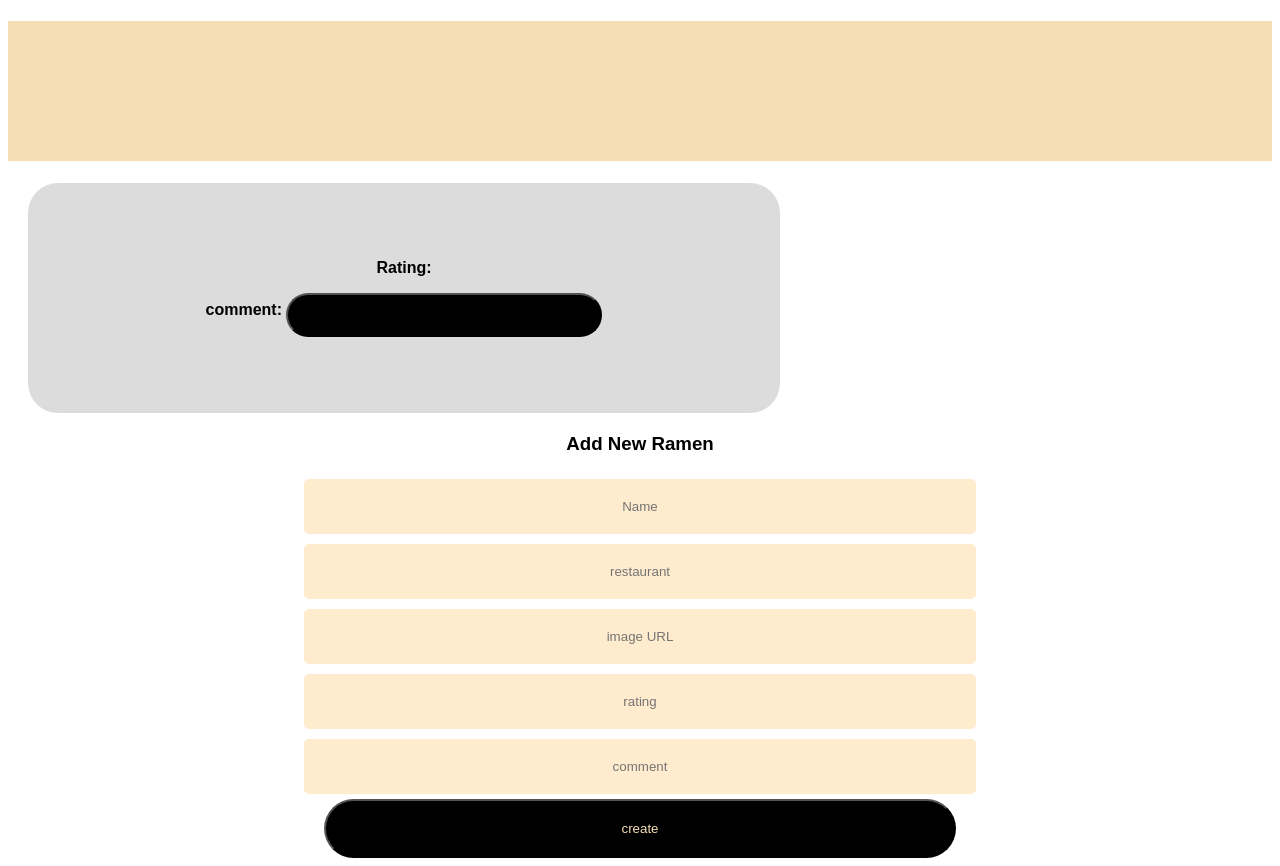
Repository: travinne/travthegr88
Page: code/ramen-rating-app/index.html
An editor plug-in stored every save of this project. The page is shown before and after the next save, followed by the edit.
The browser window is 1280 px wide. The pictures show the whole page.

Above is the page before, as saved 2025-03-18 13:20:37.

After the next save:
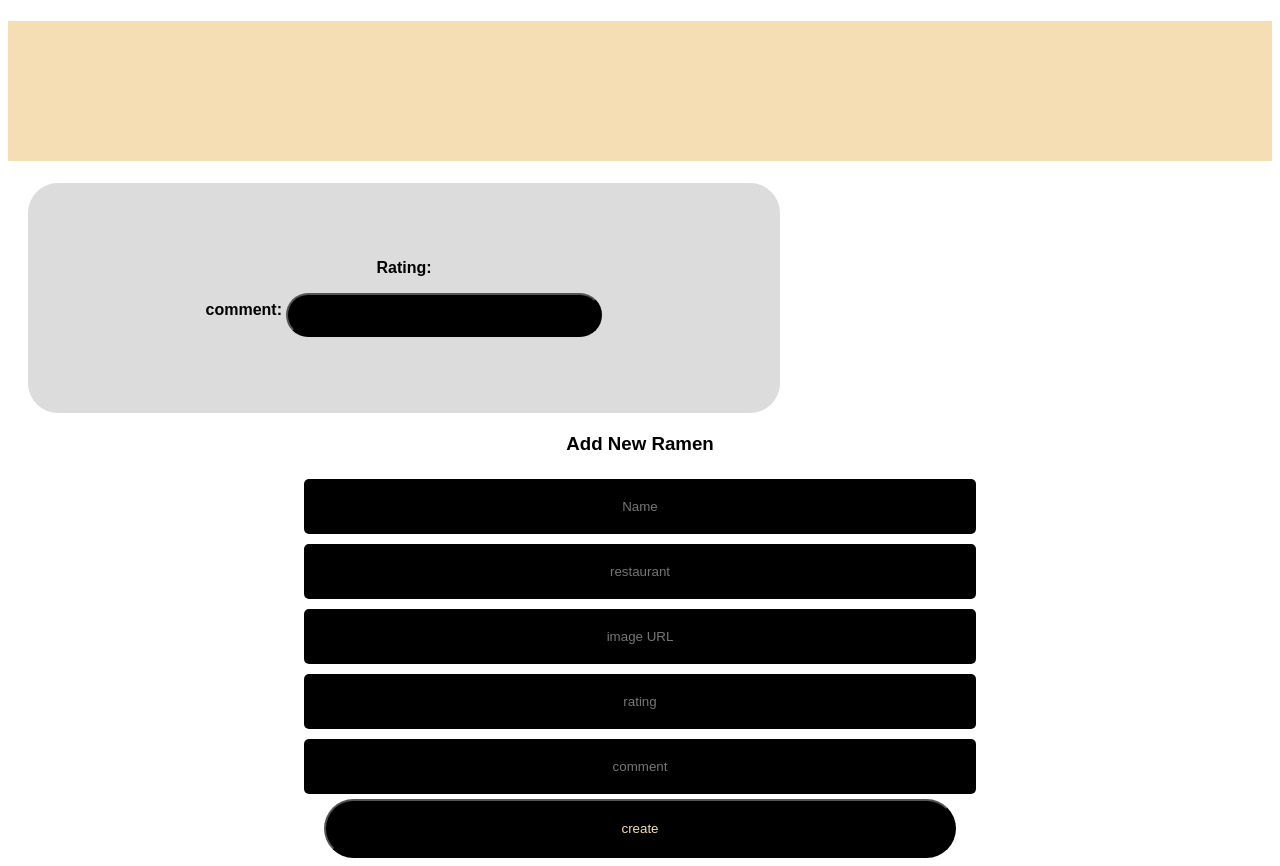
Saved 41 s later.
--- a/code/ramen-rating-app/style.css
+++ b/code/ramen-rating-app/style.css
@@ -40,7 +40,8 @@ input {
        margin: 5px;
        border: 5px; ;
        border-radius: 5px;
-       background-color: blanchedalmond;
+       background-color: black;
+
 
 
 
